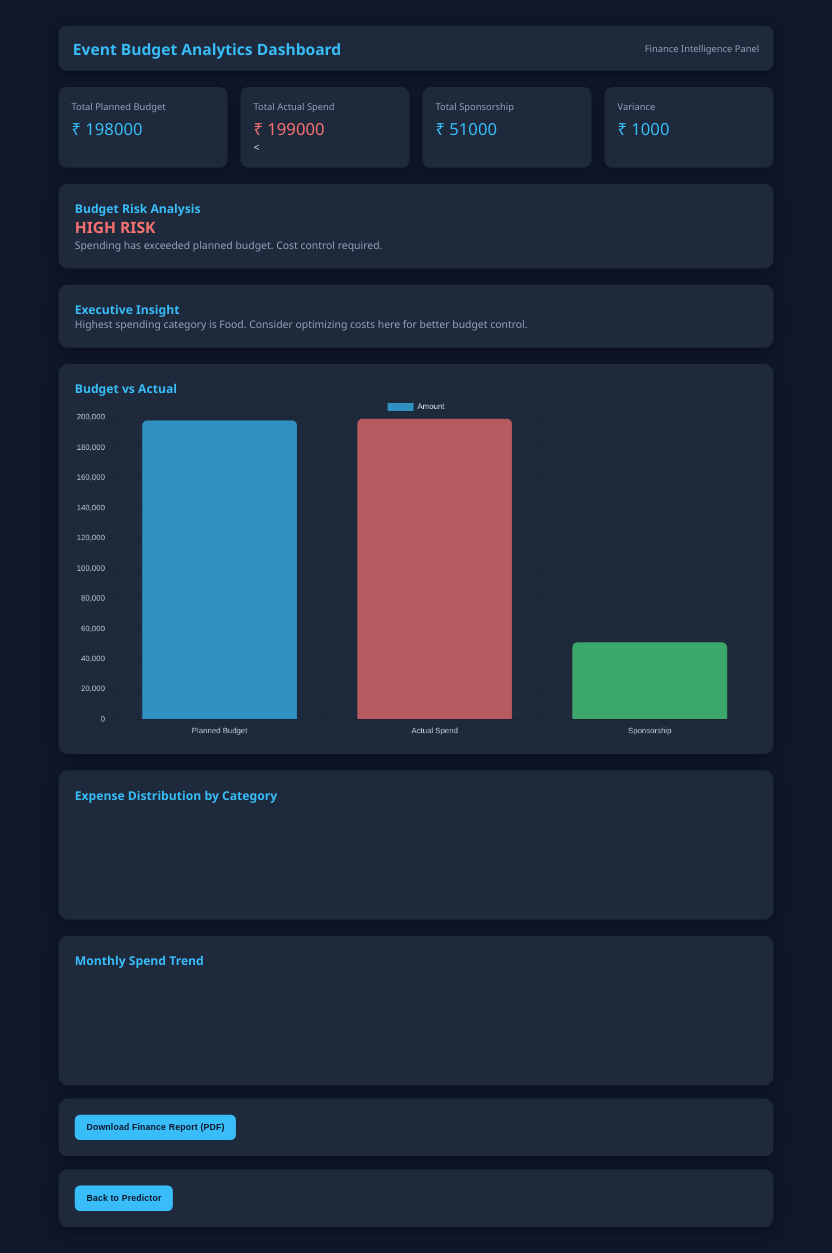
Repository: PratapOP/event-budget-analytics
Page: http://localhost/dashboard
These files come from the project's save history. The page is drawn as it stood at one moment and after the next save; the edit follows.
The browser window is 1280 px wide. The pictures show the whole page, at 65% of full size.
The page is served by the project's application, run on Flask 3 (app.py).

Above is the page before, as saved 2026-02-21 05:16:47.
Console error: ReferenceError: categoryLabels is not defined

### data/event_data.csv
Date,Category,Planned,Actual,Sponsorship
2026-01-01,Marketing,15000,18000,5000
2026-01-02,Logistics,12000,10000,0
2026-01-03,Food,20000,22000,3000
2026-01-04,Venue,30000,28000,10000
2026-01-05,Marketing,15000,13000,4000
2026-01-06,Logistics,10000,11000,2000
2026-01-07,Food,22000,25000,5000
2026-01-08,Venue,35000,33000,12000
2026-01-09,Marketing,18000,20000,6000
2026-01-10,Food,21000,19000,4000

### templates/dashboard.html
<!DOCTYPE html>
<html>
<head>
    <title>Event Budget Analytics Dashboard</title>
    <link rel="stylesheet" href="{{ url_for('static', filename='css/style.css') }}">
</head>

<body>

    <div class="container">

        <div class="top-bar">
        <div class="title">Event Budget Analytics Dashboard</div>
        <div class="subtitle">Finance Intelligence Panel</div>
    </div>

    <!-- KPI SECTION -->
    <div class="kpi-grid">

        <div class="kpi-card">
            <div class="kpi-title">Total Planned Budget</div>
            <div class="kpi-value">₹ {{ planned }}</div>
        </div>

        <div class="kpi-card">
            <div class="kpi-title">Total Actual Spend</div>
            <div class="kpi-value" style="color:#f87171;">
₹ {{ actual }}
</div><
        </div>

        <div class="kpi-card">
            <div class="kpi-title">Total Sponsorship</div>
            <div class="kpi-value">₹ {{ sponsorship }}</div>
        </div>

        <div class="kpi-card">
            <div class="kpi-title">Variance</div>
            <div class="kpi-value">₹ {{ variance }}</div>
        </div>

    </div>

    <!-- RISK PANEL -->
    <div class="card" style="margin-top:25px;">
        <h3 style="color:#38bdf8;">Budget Risk Analysis</h3>
        <h2 style="color: {{ risk_color }};">{{ risk_status }}</h2>
        <p style="color:#94a3b8;">{{ insight }}</p>
    </div>

    <!-- EXECUTIVE INSIGHT -->
    <div class="card" style="margin-top:25px;">
        <h3 style="color:#38bdf8;">Executive Insight</h3>
        <p style="color:#94a3b8;">{{ executive_insight }}</p>
    </div>

    <!-- BAR CHART -->
    <div class="card" style="margin-top:25px;">
        <h3 style="color:#38bdf8;">Budget vs Actual</h3>
        <canvas id="budgetChart"></canvas>
    </div>

    <!-- PIE CHART -->
    <div class="card" style="margin-top:25px;">
        <h3 style="color:#38bdf8;">Expense Distribution by Category</h3>
        <canvas id="categoryChart"></canvas>
    </div>

    <!-- TREND CHART -->
    <div class="card" style="margin-top:25px;">
        <h3 style="color:#38bdf8;">Monthly Spend Trend</h3>
        <canvas id="trendChart"></canvas>
    </div>

    <div class="card">
        <a href="/download-report">
            <button>Download Finance Report (PDF)</button>
        </a>
    </div>

    <div class="card">
        <a href="/"><button>Back to Predictor</button></a>
    </div>

</div>

<script src="https://cdn.jsdelivr.net/npm/chart.js"></script>
<script src="{{ url_for('static', filename='js/dashboard.js') }}"></script>

<script>
const categoryLabels = {{ category_labels | tojson }};
const categoryValues = {{ category_values | tojson }};
const monthLabels = {{ month_labels | tojson }};
const monthValues = {{ month_values | tojson }};
</script>

</body>
</html>

### app.py
from flask import Flask, render_template, request, jsonify
import pandas as pd
import pickle
from flask import send_file
from reportlab.pdfgen import canvas
import io

app = Flask(__name__)

# Load trained ML model
model = pickle.load(open("model/budget_model.pkl", "rb"))


# ===============================
# HOME PAGE
# ===============================
@app.route("/")
def index():
    return render_template("index.html")


# ===============================
# DASHBOARD PAGE
# ===============================
@app.route("/dashboard")
def dashboard():

    # Load finance data
    df = pd.read_csv("data/event_data.csv")

    # Convert date column
    df["Date"] = pd.to_datetime(df["Date"])

    # ===============================
    # CATEGORY ANALYSIS
    # ===============================
    category_summary = df.groupby("Category")["Actual"].sum()

    category_labels = category_summary.index.tolist()
    category_values = category_summary.values.tolist()

    # ===============================
    # MONTHLY TREND ANALYSIS
    # ===============================
    df["Month"] = df["Date"].dt.strftime("%b")

    monthly_summary = df.groupby("Month")["Actual"].sum()

    month_labels = monthly_summary.index.tolist()
    month_values = monthly_summary.values.tolist()

    # ===============================
    # KPI CALCULATIONS
    # ===============================
    total_planned = df["Planned"].sum()
    total_actual = df["Actual"].sum()
    total_sponsorship = df["Sponsorship"].sum()

    variance = total_actual - total_planned

    # ===============================
    # RISK ANALYSIS
    # ===============================
    if variance > 0:
        risk_status = "HIGH RISK"
        risk_color = "#f87171"
        insight = "Spending has exceeded planned budget. Cost control required."
    else:
        risk_status = "SAFE"
        risk_color = "#4ade80"
        insight = "Spending is within planned limits. Budget is under control."

    # ===============================
    # EXECUTIVE INSIGHT
    # ===============================
    top_category = category_summary.idxmax()

    executive_insight = (
        f"Highest spending category is {top_category}. "
        f"Consider optimizing costs here for better budget control."
    )

    # ===============================
    # RENDER DASHBOARD
    # ===============================
    return render_template(
        "dashboard.html",
        planned=total_planned,
        actual=total_actual,
        sponsorship=total_sponsorship,
        variance=variance,
        risk_status=risk_status,
        risk_color=risk_color,
        insight=insight,
        category_labels=category_labels,
        category_values=category_values,
        month_labels=month_labels,
        month_values=month_values,
        executive_insight=executive_insight
    )
# ===============================
# DOWNLOAD FINANCE REPORT (PDF)
# ===============================
@app.route("/download-report")
def download_report():

    df = pd.read_csv("data/event_data.csv")

    total_planned = df["Planned"].sum()
    total_actual = df["Actual"].sum()
    total_sponsorship = df["Sponsorship"].sum()
    variance = total_actual - total_planned

    category_summary = df.groupby("Category")["Actual"].sum()
    top_category = category_summary.idxmax()

    # Create PDF in memory
    buffer = io.BytesIO()
    p = canvas.Canvas(buffer)

    # Title
    p.setFont("Helvetica-Bold", 16)
    p.drawString(50, 800, "Event Budget Analytics Report")

    p.setFont("Helvetica", 12)

    y = 760
    p.drawString(50, y, f"Total Planned Budget: ₹ {total_planned}")
    y -= 25
    p.drawString(50, y, f"Total Actual Spend: ₹ {total_actual}")
    y -= 25
    p.drawString(50, y, f"Total Sponsorship: ₹ {total_sponsorship}")
    y -= 25
    p.drawString(50, y, f"Variance: ₹ {variance}")
    y -= 35

    if variance > 0:
        risk = "HIGH RISK"
    else:
        risk = "SAFE"

    p.drawString(50, y, f"Risk Status: {risk}")
    y -= 25

    p.drawString(
        50,
        y,
        f"Executive Insight: Highest spending category is {top_category}"
    )

    p.showPage()
    p.save()

    buffer.seek(0)

    return send_file(
        buffer,
        as_attachment=True,
        download_name="finance_report.pdf",
        mimetype="application/pdf"
    )

# ===============================
# ML PREDICTION API
# ===============================
@app.route("/predict", methods=["POST"])
def predict():

    data = request.json

    planned = float(data["planned"])
    actual = float(data["actual"])
    sponsorship = float(data["sponsorship"])

    prediction = model.predict([[planned, actual, sponsorship]])

    return jsonify({
        "over_budget": int(prediction[0])
    })


# ===============================
# RUN APP
# ===============================
if __name__ == "__main__":
    app.run(debug=True)

### static/css/style.css
/* ===== GLOBAL STYLES ===== */

* {
    margin: 0;
    padding: 0;
    box-sizing: border-box;
}

body {
    font-family: "Segoe UI", sans-serif;
    background: #0f172a;
    color: #e2e8f0;
    min-height: 100vh;
}

/* ===== MAIN CONTAINER ===== */

.container {
    width: 90%;
    max-width: 1100px;
    margin: 40px auto;
}

/* ===== HEADER ===== */

h1 {
    font-size: 2rem;
    margin-bottom: 20px;
    color: #38bdf8;
}

/* ===== CARD STYLE ===== */

.card {
    background: #1e293b;
    padding: 25px;
    border-radius: 14px;
    box-shadow: 0 6px 20px rgba(0,0,0,0.35);
    margin-bottom: 20px;
    transition: transform 0.25s ease;
}

.card:hover {
    transform: translateY(-4px);
}

/* ===== INPUTS ===== */

input {
    width: 100%;
    padding: 12px;
    margin: 10px 0;
    border: none;
    border-radius: 8px;
    background: #334155;
    color: white;
    font-size: 15px;
}

input:focus {
    outline: 2px solid #38bdf8;
}

/* ===== BUTTONS ===== */

button {
    background: #38bdf8;
    color: #0f172a;
    border: none;
    padding: 12px 18px;
    border-radius: 8px;
    font-weight: bold;
    cursor: pointer;
    transition: all 0.25s ease;
}

button:hover {
    background: #0ea5e9;
    transform: scale(1.03);
}

/* ===== RESULT TEXT ===== */

#result {
    margin-top: 15px;
    font-size: 1.1rem;
    font-weight: bold;
}

/* ===== KPI GRID (FOR DASHBOARD LATER) ===== */

.kpi-grid {
    display: grid;
    grid-template-columns: repeat(auto-fit, minmax(220px, 1fr));
    gap: 20px;
}

.kpi-card {
    background: #1e293b;
    padding: 20px;
    border-radius: 12px;
    box-shadow: 0 6px 18px rgba(0,0,0,0.3);
}

.kpi-title {
    font-size: 0.9rem;
    color: #94a3b8;
}

.kpi-value {
    font-size: 1.6rem;
    margin-top: 8px;
    color: #38bdf8;
}

/* ===== SMOOTH PAGE FADE ===== */

body {
    animation: fadeIn 0.6s ease-in;
}

@keyframes fadeIn {
    from {
        opacity: 0;
        transform: translateY(8px);
    }
    to {
        opacity: 1;
        transform: translateY(0);
    }
}

/* ===== KPI ADVANCED EFFECT ===== */

.kpi-card {
    position: relative;
    overflow: hidden;
    transition: all 0.25s ease;
}

.kpi-card::before {
    content: "";
    position: absolute;
    top: 0;
    left: -100%;
    width: 100%;
    height: 3px;
    background: #38bdf8;
    transition: left 0.35s ease;
}

.kpi-card:hover::before {
    left: 0;
}

.kpi-card:hover {
    transform: translateY(-6px);
    box-shadow: 0 10px 24px rgba(0,0,0,0.45);
}

/* ===== BUTTON POLISH ===== */

button {
    letter-spacing: 0.3px;
}

/* ===== RESULT ANIMATION ===== */

#result {
    transition: all 0.25s ease;
}

/* ===== EXECUTIVE HEADER ===== */

.top-bar {
    display: flex;
    justify-content: space-between;
    align-items: center;
    margin-bottom: 25px;
    padding: 18px 22px;
    background: #1e293b;
    border-radius: 12px;
    box-shadow: 0 6px 18px rgba(0,0,0,0.35);
}

.title {
    font-size: 1.5rem;
    font-weight: 700;
    color: #38bdf8;
}

.subtitle {
    font-size: 0.9rem;
    color: #94a3b8;
}

### static/js/dashboard.js
// ===============================
// BUDGET VS ACTUAL BAR CHART
// ===============================
const budgetCtx = document.getElementById("budgetChart");

new Chart(budgetCtx, {
    type: "bar",
    data: {
        labels: ["Planned Budget", "Actual Spend", "Sponsorship"],
        datasets: [{
            label: "Amount",
            data: [
                parseFloat(document.querySelectorAll(".kpi-value")[0].innerText.replace("₹","")),
                parseFloat(document.querySelectorAll(".kpi-value")[1].innerText.replace("₹","")),
                parseFloat(document.querySelectorAll(".kpi-value")[2].innerText.replace("₹",""))
            ],
            backgroundColor: [
                "rgba(56,189,248,0.7)",
                "rgba(248,113,113,0.7)",
                "rgba(74,222,128,0.7)"
            ],
            borderRadius: 8
        }]
    },
    options: {
        plugins: {
            legend: {
                labels: { color: "#e2e8f0" }
            }
        },
        scales: {
            x: { ticks: { color: "#cbd5e1" } },
            y: { ticks: { color: "#cbd5e1" } }
        }
    }
});


// ===============================
// CATEGORY PIE CHART
// ===============================
const categoryCtx = document.getElementById("categoryChart");

new Chart(categoryCtx, {
    type: "pie",
    data: {
        labels: categoryLabels,
        datasets: [{
            data: categoryValues,
            backgroundColor: [
                "#38bdf8",
                "#f87171",
                "#4ade80",
                "#fbbf24",
                "#a78bfa",
                "#fb7185"
            ]
        }]
    },
    options: {
        plugins: {
            legend: {
                labels: { color: "#e2e8f0" }
            }
        }
    }
});


// ===============================
// MONTHLY TREND LINE CHART
// ===============================
const trendCtx = document.getElementById("trendChart");

new Chart(trendCtx, {
    type: "line",
    data: {
        labels: monthLabels,
        datasets: [{
            label: "Monthly Spend",
            data: monthValues,
            borderColor: "#38bdf8",
            backgroundColor: "rgba(56,189,248,0.2)",
            fill: true,
            tension: 0.3
        }]
    },
    options: {
        plugins: {
            legend: {
                labels: { color: "#e2e8f0" }
            }
        },
        scales: {
            x: { ticks: { color: "#cbd5e1" } },
            y: { ticks: { color: "#cbd5e1" } }
        }
    }
});

After the next save:
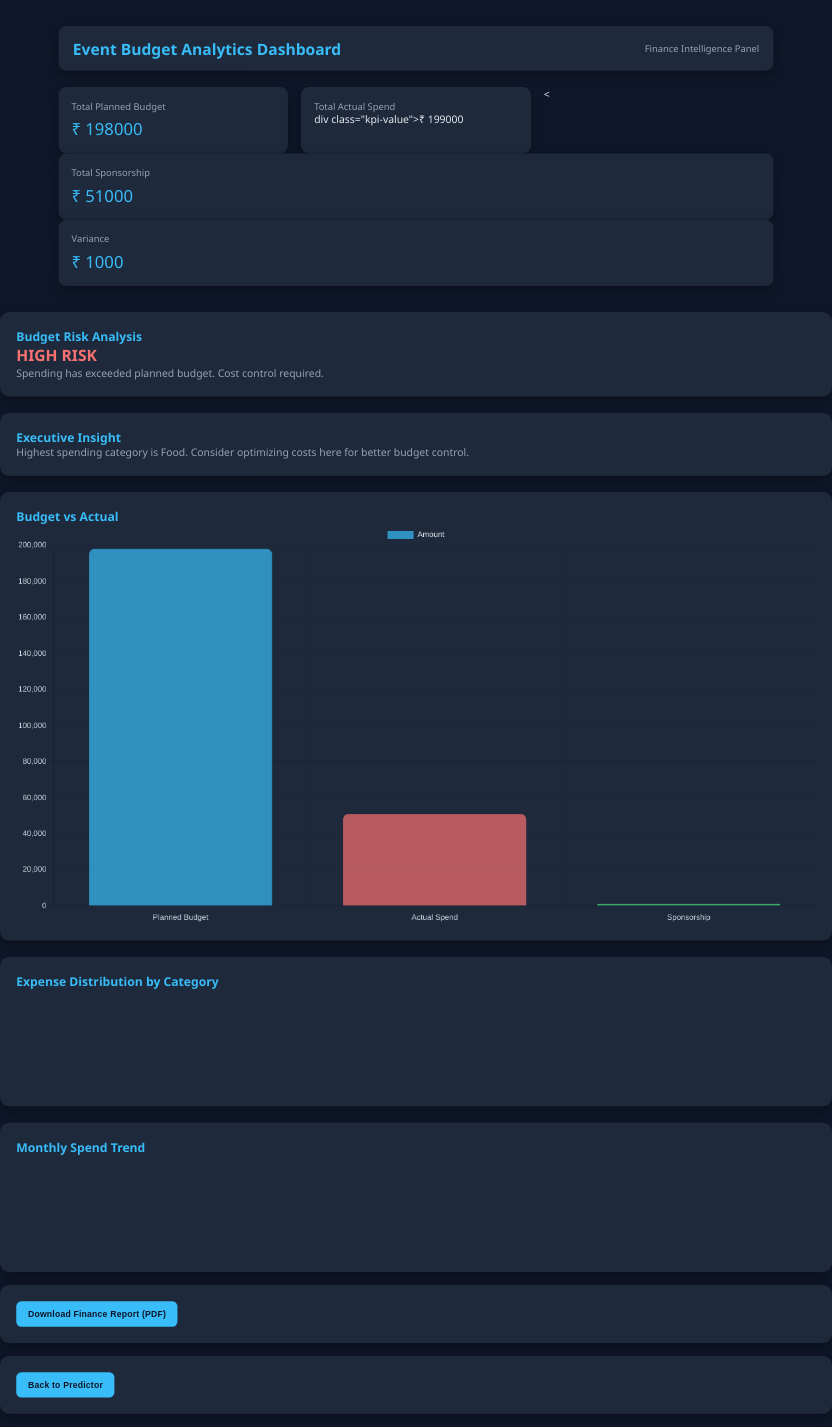
Saved 4 s later.
--- a/templates/dashboard.html
+++ b/templates/dashboard.html
@@ -24,9 +24,7 @@
 
         <div class="kpi-card">
             <div class="kpi-title">Total Actual Spend</div>
-            <div class="kpi-value" style="color:#f87171;">
-₹ {{ actual }}
-</div><
+            div class="kpi-value">₹ {{ actual }}</div><
         </div>
 
         <div class="kpi-card">
